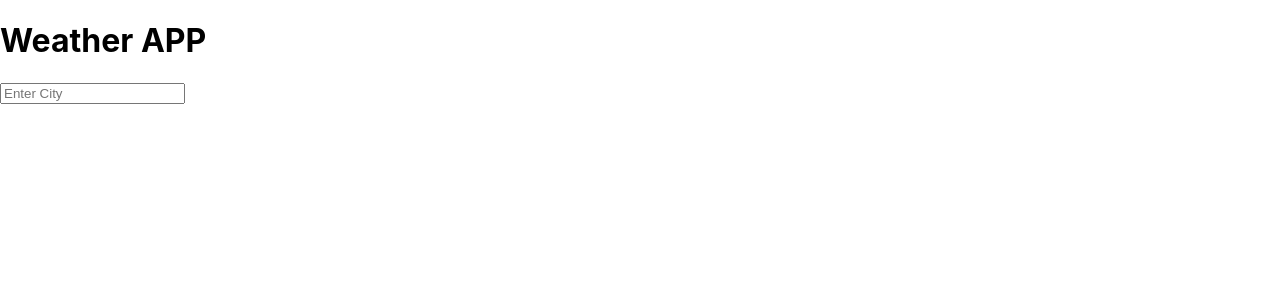
Repository: yavinash249/Weather-1
Page: /
These files come from the project's save history. The page is drawn as it stood at one moment and after a run of saves; the edit follows.
The browser window is 1280 px wide. The pictures show the whole page.
The project was rebuilt for these pictures with package versions that can differ from the ones it lists, and the page was loaded fresh each time. Also part of the build but not shown: src/App.css, src/Components/WeatherCard.jsx.

Above is the page before, as saved 2023-02-27 14:50:35.

After the next 4 saves:
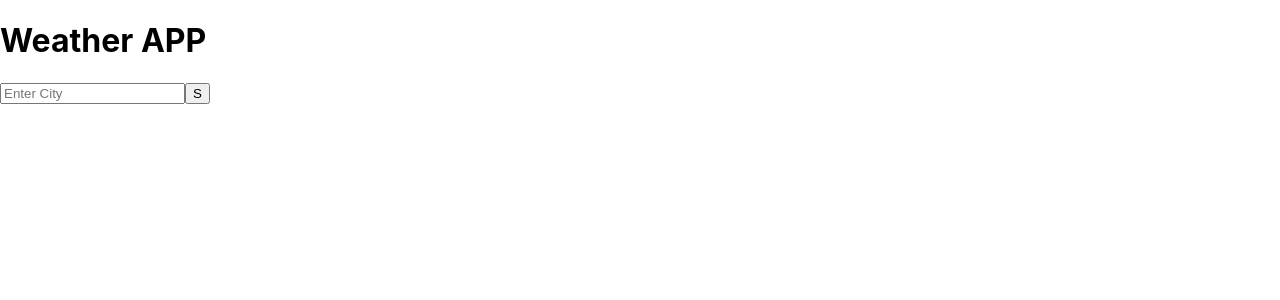
The 4 saves are shown as one change because they came seconds apart.
The last was saved 17 s later.
--- a/src/App.js
+++ b/src/App.js
@@ -30,7 +30,7 @@ function App() {
           value={city}
           onChange={handlechange}
         />
-
+        <button type="submit">S</button>
       </form>
     </div>
   );
